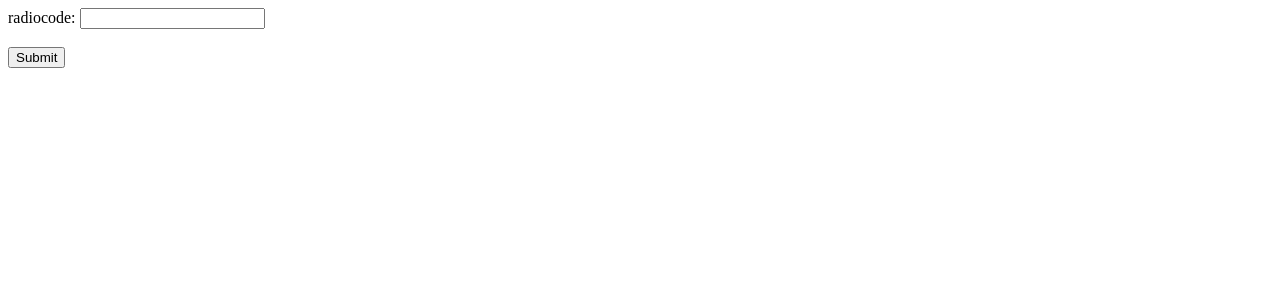
Repository: pedroblanch/ejerciciosPhp2021-2022
Page: http://localhost/volumen_cilindro_form.php
These files come from the project's save history. The page is drawn as it stood at one moment and after the next save; the edit follows.
The browser window is 1280 px wide. The pictures show the whole page.
The page is run by PHP 8.4 with error messages shown; the project is at /var/www/html/.

Above is the page before, as saved 2021-12-20 10:05:24.

After the next save:
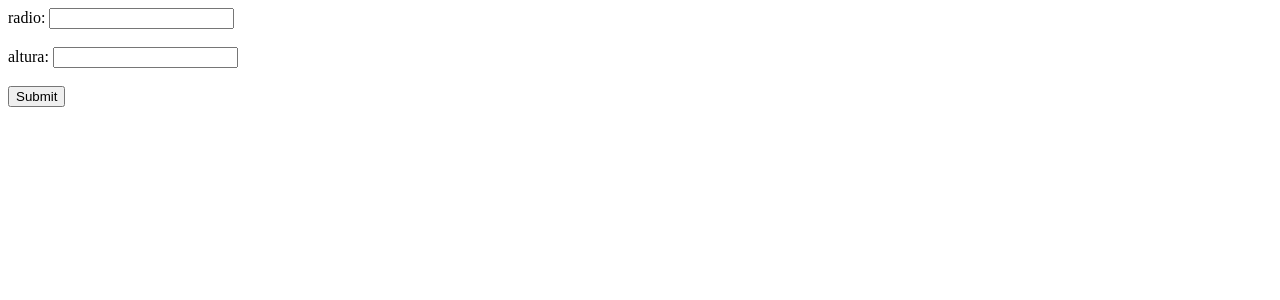
Saved 84 s later.
--- a/ejerciciosBasicos/volumen_cilindro_form.php
+++ b/ejerciciosBasicos/volumen_cilindro_form.php
@@ -1,6 +1,9 @@
  <form action="volumen_cilindro.php" method="get">
-  <label for="radio">radiocode:</label>
+  <label for="radio">radio:</label>
   <input type="number" step="0.1" id="radio" name="radio"
    title="numero real" ><br><br>
+   <label for="altura">altura:</label>
+  <input type="number" step="0.1" id="altura" name="altura"
+   title="altura" ><br><br>
   <input type="submit">
 </form>
